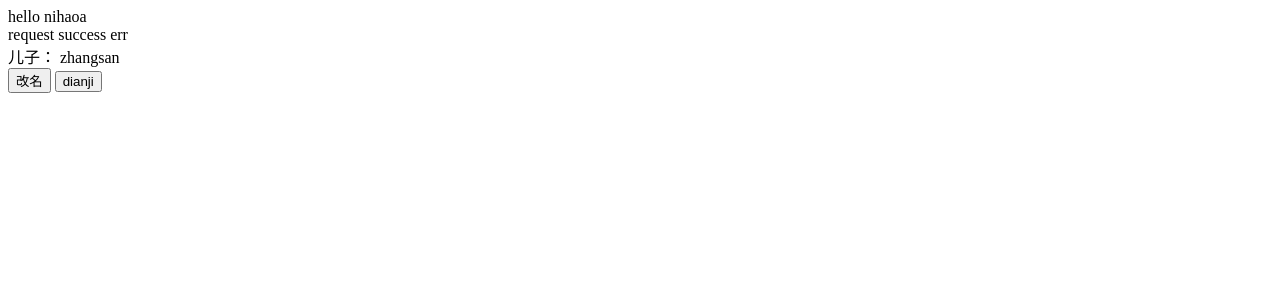
Repository: zgw88/vite-svelte
Page: /
The author's editor kept a copy of each file at every save. The page is drawn from the files as they stood at one save, then again after the next save.
The browser window is 1280 px wide. The pictures show the whole page.
The project was rebuilt for these pictures with package versions that can differ from the ones it lists, and the page was loaded fresh each time. Also part of the build but not shown: vite.config.js, src/app.css, src/lib/Counter.svelte.

Above is the page before, as saved 2022-08-08 17:32:34.

After the next save:
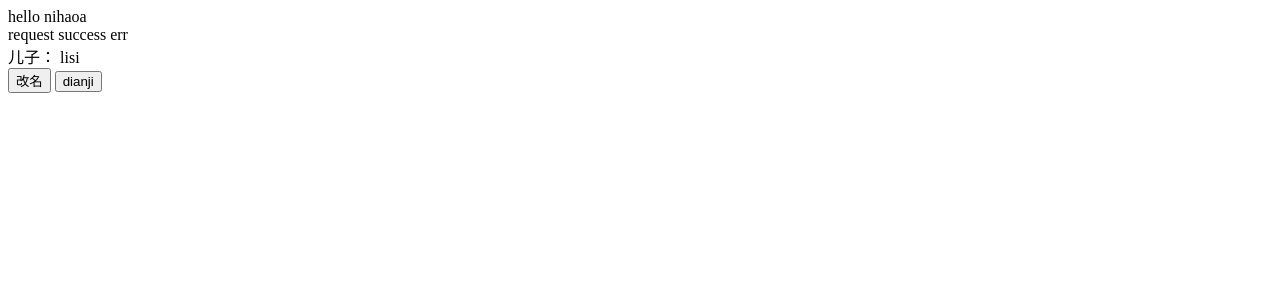
Saved 28 s later.
--- a/src/lib/phone.svelte
+++ b/src/lib/phone.svelte
@@ -1 +1,5 @@
-<div>儿子： zhangsan</div>
+<script>
+    export let name = 'zhangsan'
+</script>
+
+<div>儿子： {name}</div>
